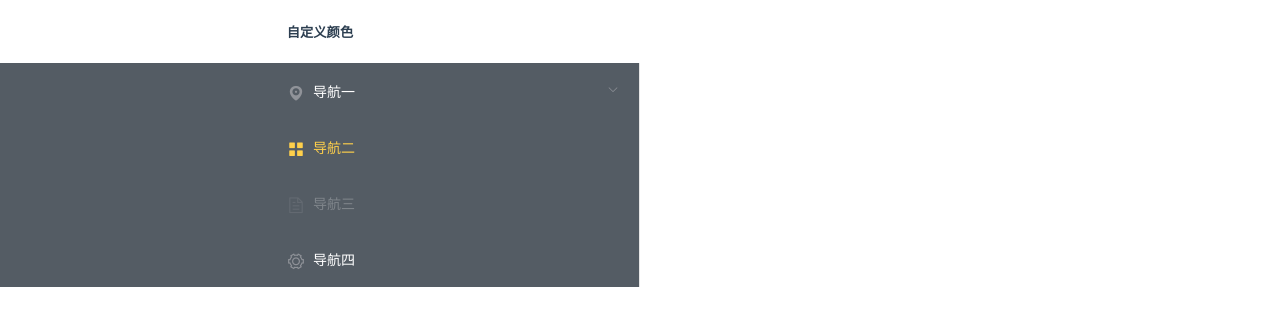
Repository: cjl0805/graduation-design-front
Page: /back/home
The author's editor kept a copy of each file at every save. The page is drawn from the files as they stood at one save, then again after the next save.
The browser window is 1280 px wide. The pictures show the whole page.
The project was rebuilt for these pictures with package versions that can differ from the ones it lists, and the page was loaded fresh each time. Also part of the build but not shown: vue.config.js, src/components/RotationChart.vue, src/components/NavigationBar.vue, src/components/HairStylist.vue, src/components/HairStyle.vue, src/views/font/HairStyleView.vue, src/views/font/HairStylistView.vue, src/views/font/HomeView.vue and 13 more.

Above is the page before, as saved 2023-04-17 16:24:52.

### src/main.js
import Vue from 'vue'
import App from './App.vue'
import router from './router'
import ElementUI from 'element-ui'
import 'element-ui/lib/theme-chalk/index.css'
import axios from 'axios'
import VueAxios from 'vue-axios'
Vue.use(VueAxios, axios);
axios.interceptors.request.use(
  config => {
    if (localStorage.getItem('token')) {
      config.headers.token = localStorage.getItem('token');
    }
    return config;
  },
  error => {
    return Promise.reject(error);
  }
);

axios.interceptors.response.use(
  res => {
    if (res.data.code === 501) {
      console.log(res.data);
      alert("登录已过期，请重新登录！");
      window.localStorage.removeItem('token');
      window.localStorage.removeItem('username');
      location.reload();
    }
    return res;
  }
);

Vue.config.productionTip = false
Vue.use(ElementUI)
new Vue({
  router,
  render: h => h(App)
}).$mount('#app')

### src/router/index.js
import Vue from 'vue'
import VueRouter from 'vue-router'
import HairStyleView from '../views/font/HairStyleView.vue'
import HairStylistView from '../views/font/HairStylistView.vue'
import HomeView from '../views/font/HomeView.vue'
import login from '../views/font/login.vue'
import register from '../views/font/register.vue'
import PersonalInfo from '../views/font/PersonalInfo.vue'
import appointment from '../views/font/AppointmentView.vue'
import pay from '../views/font/PayView.vue'
import MainView from '../views/back/MainView.vue'

Vue.use(VueRouter)

const routes = [{
    path: '/',
    name: 'home',
    component: HomeView
  },
  {
    path: '/hairstyle',
    name: 'hairstyle',
    component: HairStyleView
  },
  {
    path: '/hairstylist',
    name: 'hairstylist',
    component: HairStylistView
  },
  {
    path: '/about',
    name: 'about',
    // route level code-splitting
    // this generates a separate chunk (about.[hash].js) for this route
    // which is lazy-loaded when the route is visited.
    component: () => import( /* webpackChunkName: "about" */ '../views/AboutView.vue')
  },
  {
    path: '/login',
    name: 'login',
    component: login
  },
  {
    path: '/register',
    name: 'register',
    component: register
  },
  {
    path: '/PersonalInfo',
    name: 'PersonalInfo',
    component: PersonalInfo,
  },
  {
    path: '/appointment',
    name: 'appointment',
    component: appointment
  },
  {
    path: '/pay',
    name: 'pay',
    component: pay
  },
  {
    path: '/back/home',
    name: 'MainView',
    component: MainView
  },
]

const router = new VueRouter({
  mode: 'history',
  base: process.env.BASE_URL,
  routes
})

// 导航守卫
// 使用 router.beforeEach 注册一个全局前置守卫，判断用户是否登陆
router.beforeEach((to, from, next) => {
  if (to.path === '/PersonalInfo' || to.path === '/appointment' || to.path === '/MessageCenter' || to.path === '/pay') {
    let token = localStorage.getItem('token');
    if (token === null || token === '') {
      next('/login');
    } else {
      next();
    }
  } else {
    next();
  }
});

export default router

### src/views/back/MainView.vue
<template>
  <el-col :span="12">
    <h5>自定义颜色</h5>
    <el-menu
      default-active="2"
      class="el-menu-vertical-demo"
      @open="handleOpen"
      @close="handleClose"
      background-color="#545c64"
      text-color="#fff"
      active-text-color="#ffd04b"
    >
      <el-submenu index="1">
        <template slot="title">
          <i class="el-icon-location"></i>
          <span>导航一</span>
        </template>
        <el-menu-item-group>
          <template slot="title">分组一</template>
          <el-menu-item index="1-1">选项1</el-menu-item>
          <el-menu-item index="1-2">选项2</el-menu-item>
        </el-menu-item-group>
        <el-menu-item-group title="分组2">
          <el-menu-item index="1-3">选项3</el-menu-item>
        </el-menu-item-group>
        <el-submenu index="1-4">
          <template slot="title">选项4</template>
          <el-menu-item index="1-4-1">选项1</el-menu-item>
        </el-submenu>
      </el-submenu>
      <el-menu-item index="2">
        <i class="el-icon-menu"></i>
        <span slot="title">导航二</span>
      </el-menu-item>
      <el-menu-item index="3" disabled>
        <i class="el-icon-document"></i>
        <span slot="title">导航三</span>
      </el-menu-item>
      <el-menu-item index="4">
        <i class="el-icon-setting"></i>
        <span slot="title">导航四</span>
      </el-menu-item>
    </el-menu>
  </el-col>
</template>

<script>
export default {
  methods: {
    handleOpen(key, keyPath) {
      console.log(key, keyPath);
    },
    handleClose(key, keyPath) {
      console.log(key, keyPath);
    },
  },
};
</script>

<style></style>

Loaded but not shown: public/index.html (common file); src/App.vue (common file)

After the next save:
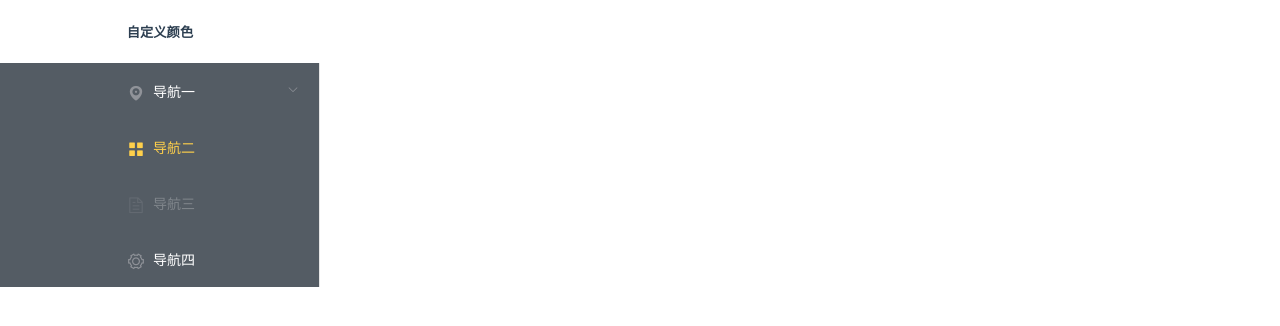
Saved 16 s later.
--- a/src/views/back/MainView.vue
+++ b/src/views/back/MainView.vue
@@ -1,5 +1,5 @@
 <template>
-  <el-col :span="12">
+  <el-col :span="6">
     <h5>自定义颜色</h5>
     <el-menu
       default-active="2"
